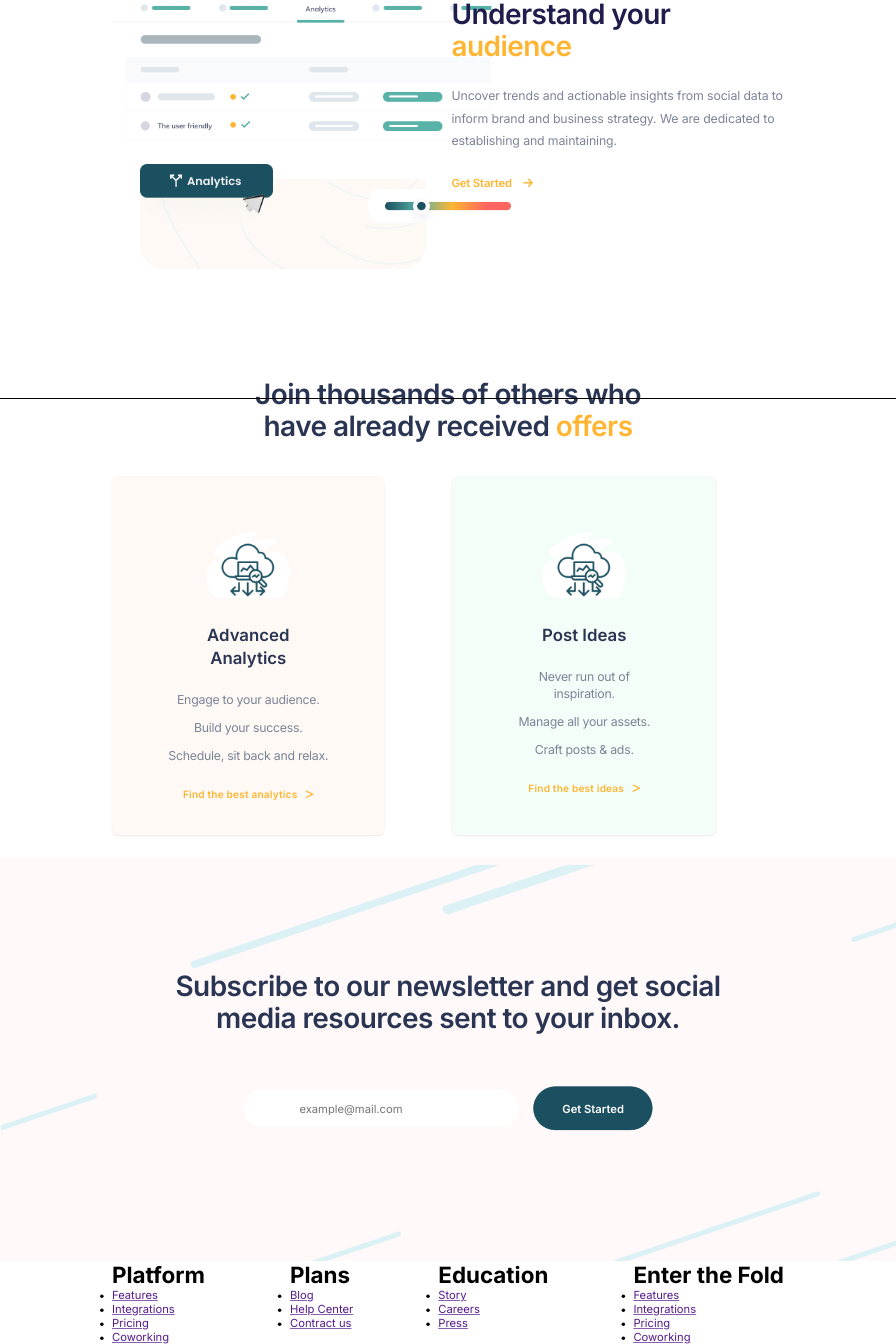
Repository: badhon252/Clickbay
Page: index.html
These files come from the project's save history. The page is drawn as it stood at one moment and after the next save; the edit follows.
The browser window is 1280 px wide. The pictures show the part of the page from y = 2336 to 4256 px (the page is 4256 px tall), at 70% of full size.
The style sheet was rebuilt from its Sass, Less or Tailwind sources for each picture, by a compiler version that may differ from the author's.

Above is the page before, as saved 2022-09-05 19:24:32.

### index.html
<!DOCTYPE html>
<html lang="en">

<head>
    <meta charset="UTF-8">
    <meta http-equiv="X-UA-Compatible" content="IE=edge">
    <meta name="viewport" content="width=device-width, initial-scale=1.0">
    <!-- fontawesome cdn  -->
    <link rel="stylesheet" href="https://cdnjs.cloudflare.com/ajax/libs/font-awesome/6.2.0/css/all.min.css">
    <link rel="stylesheet" href="./scss/style.css">
    <title>Clickbay</title>
</head>

<body>
    <header class="">
        <img src="./images/Group 676.svg" alt="" class="header-img">
        <div class="container">


            <nav class="navbar">
                <div class="navbar_brand">
                    <img src="./images/logo.svg" alt="Image not found!">
                </div>

                <ul class="nav">
                    <li class="nav-items"><a href="" class="nav-links">Solutions</a></li>
                    <li class="nav-items"><a href="" class="nav-links">Company</a></li>
                    <li class="nav-items"><a href="" class="nav-links">Platform</a></li>
                </ul>

                <div class="nav-btns">
                    <button class="btn nav-log">Log in</button>
                    <button class="btn nav-start">Get Started</button>
                </div>
            </nav>

            <div class="header-content">
                <h1 class="h1 my-4 text-center">
                    Perfect media with <br> perfect Partner , we!!
                </h1>
                <img src="./images/Vector 735.png" alt="" class="signature text-center">
                <p class="text-center">Collaborate with your clients and teams to plan, post, and measure.</p>

                <div class="company-stat">
                    <div class="row">
                        <div class="col-md-4">
                            <img src="./images/Group 689.png" class="" alt="">
                        </div>
                        <div class="col-md-4 subscriber">
                            <span class="">+99</span>
                            <div>
                                <h2>People subscribed today</h2>
                                <img src="./images/Group 678.png" alt="">
                            </div>
                        </div>
                        <div class="col-md-4 follow">
                            <div class="follower">

                                <img src="./images/Group 1037.svg" alt="">
                                <div>
                                    <h3>2.938</h3>
                                    <p>Followers gained after this post</p>
                                </div>
                            </div>
                            <div class="following">
                                <img src="./images/Group 1041.svg" alt="">
                            </div>
                        </div>
                    </div>
                </div>

                <img src="./images/Group 933.png" alt="" class="group-933">

            </div>
        </div>
    </header>

    <section class="second_section container">
        <h2 class="h2 my-3">
            Streamline your social media <br> management <span> workflow.</span>
        </h2>
        <div class="row">

            <div class="card">
                <img src="./images/Show.svg" class="my-1" alt="">
                <h3 class="my-1">Post review</h3>
                <p class="my-1">Regular training webinars, live chat, <br> and a library of how-to articles are all<br>
                    there to help
                    you make
                    the most of<br> our platform.</p><button class="btn">
                    <a href="#">Learn More</a>
                </button>
            </div>

            <div class="card">
                <img src="./images/Category.svg" class="my-1" alt="">
                <h3 class="my-1">Smart Queues</h3>
                <p class="my-1">Regular training webinars, live chat, <br> and a library of how-to articles are all<br>
                    there to help
                    you make
                    the most of<br> our platform.</p><button class="btn">
                    <a href="#">Learn More</a>
                </button>
            </div>

            <div class="card">
                <img src="./images/Chart.svg" class="my-1" alt="">
                <h3 class="my-1">Smart Queues</h3>
                <p class="my-1">Regular training webinars, live chat, <br> and a library of how-to articles are all<br>
                    there to help
                    you make
                    the most of<br> our platform.</p><button class="btn">
                    <a href="#">Learn More</a>
                </button>
            </div>

        </div>

    </section>

    <section class="third_section container">
        <div class="row my-5">
            <div class="col-md-6"><img src="./images/Group 703.png" alt=""></div>
            <div class="col-md-6 third_section_texts">
                <h2 class="my-2">Understand your <br> <span> audience</span> </h2>
                <p>Uncover trends and actionable insights from social data to <br>inform brand and business strategy.
                    We are
                    dedicated to
                    <br>establishing and maintaining.
                </p>
                <div class="my-2">
                    <a href="#">Get Started<i class="fa-solid fa-arrow-right"></i></a>
                </div>
            </div>
        </div>
    </section>

    <section class="fourth_section container">
        <h1 class="my-3">Join thousands of others who <br> have already received <span> offers</span> </h1>
        <div class="row my-2">
            <div class="col-md-6 card analytics">
                <img src="./images/Group 951.png" alt="">
                <h2 class="my-2">
                    Advanced Analytics
                </h2>
                <p class="my-1">Engage to your audience.</p>
                <p class="my-1">Build your success.</p>
                <p class="my-1">Schedule, sit back and relax.</p>

                <div class="my-2">
                    <a href="#">Find the best analytics <i class="fa-solid fa-greater-than"></i></a>
                </div>
            </div>
            <div class="col-md-6 card ideas">
                <img src="./images/Group 951.png" alt="">
                <h2 class="my-2">
                    Post Ideas
                </h2>
                <p class="my-1">Never run out of inspiration.</p>
                <p class="my-1">Manage all your assets.</p>
                <p class="my-1">Craft posts & ads.</p>

                <div class="my-2">
                    <a href="#">Find the best ideas <i class="fa-solid fa-greater-than"></i></a>
                </div>
            </div>
        </div>
    </section>

    <section class="fifth_section ">
        <div class="card container">
            <h1 class="my-3">Subscribe to our newsletter and get social <br> media resources sent to your inbox.</h1>
            <form action="">
                <input type="email" id="mail" placeholder="example@mail.com"> <label for="mail">Get Started</label>
            </form>
        </div>
    </section>

    <footer class="container">
        <div class="row">
            <div class="col-md-3">
                <ul>
                    <h1>Platform</h1>
                    <li><a href="">Features</a></li>
                    <li><a href="">Integrations</a></li>
                    <li><a href="">Pricing</a></li>
                    <li><a href="">Coworking</a></li>
                </ul>
            </div>
            <div class="col-md-3">
                <ul>
                    <h1>Plans</h1>
                    <li><a href="">Blog</a></li>
                    <li><a href="">Help Center</a></li>
                    <li><a href="">Contract us</a></li>
                </ul>
            </div>
            <div class="col-md-3">
                <ul>
                    <h1>Education</h1>
                    <li><a href="">Story</a></li>
                    <li><a href="">Careers</a></li>
                    <li><a href="">Press</a></li>
                </ul>
            </div>
            <div class="col-md-3">
                <ul>
                    <h1>Enter the Fold</h1>
                    <li><a href="">Features</a></li>
                    <li><a href="">Integrations</a></li>
                    <li><a href="">Pricing</a></li>
                    <li><a href="">Coworking</a></li>
                </ul>
            </div>
        </div>
    </footer>
</body>

</html>

### scss/style.scss
@import url("https://fonts.googleapis.com/css2?family=Inter:wght@400;600;700;800;900&display=swap");
* {
  margin: 0;
  padding: 0;
  box-sizing: border-box;
  font-family: "Inter", sans-serif;
  // font-family: 'Poppins';
}
.container {
  margin: 0 10rem;
}
.btn {
  outline: none;
  border: none;
  padding: 15px 30px;
  font-size: 1rem;
  background-color: transparent;
  cursor: pointer;
}
.h1 {
  font-size: 4rem;
}
.text-center {
  text-align: center;
}
// margin
.my-1 {
  margin: 1rem 0;
}
.my-2 {
  margin: 2rem 0;
}
.my-3 {
  margin: 3rem 0;
}
.my-4 {
  margin: 4rem 0;
}
.my-5 {
  margin: 5rem 0;
}

span {
  color: #ffb531;
}
// grid system using flex
.row {
  display: flex;
  justify-content: space-between;
  max-width: 100%;
  .col-md-6 {
    max-width: 50%;
  }
}
//==============================
//===================
//==============================

header {
  .row {
    display: flex;
    justify-content: space-evenly;
    align-items: center;
  }
  background-color: #fdf9f4;
  min-height: 100vh;
  position: relative;
  overflow: hidden;

  .header-img {
    position: absolute;
    bottom: 0;
    right: 0;
    z-index: 1;
    width: 100%;
  }
  .navbar {
    color: #282b4d;
    padding: 2rem 0;
    display: flex;
    justify-content: space-between;
    align-items: center;
    font-weight: 500;
    .nav {
      display: flex;
      .nav-items {
        margin-left: 3rem;
        list-style-type: none;
        .nav-links {
          text-decoration: none;
          color: black;
          font-size: 1.1rem;
          font-weight: 500;
        }
      }
    }

    .nav-start {
      border: 1px solid #1a5365;
      box-shadow: 0px 25px 35px -20px rgba(232, 236, 243, 0.5);
      border-radius: 10px;
      color: #154f61;
      font-weight: 600;
      margin-left: 10px;
    }
  }

  .header-content {
    .h1 {
      font-weight: 800;
      margin-bottom: -0.6rem;
      color: #12163c;
    }
    .signature {
      display: block;
      margin: 0 auto;
      transform: translateX(217px);
    }
    p {
      font-size: 1.2rem;
      font-weight: 500;
      line-height: 27px;
      color: #12163c94;
    }

    .company-stat {
      transform: translateY(-120px);
      .subscriber {
        display: flex;
        align-items: center;
        background-color: #fff;
        padding: 1.5rem;
        border-radius: 22px;
        span {
          font-weight: 600;
          font-size: 40px;
          line-height: 60px;
          background-color: #fef9f4;
          color: #ffb531;
          padding: 10px;
          border-radius: 15px;
          margin-right: 1.5rem;
        }
        h2 {
          font-size: 1.1rem;
          font-weight: 600;
          padding-bottom: 1rem;
        }
      }

      .follow {
        position: relative;
        z-index: 11;

        .follower {
          display: flex;
          align-items: center;
          background-color: #fff;
          padding: 1.5rem;
          border-radius: 22px;
          img {
            padding-right: 1rem;
          }
          h3 {
            font-size: 1.1rem;
          }
          p {
            font-size: 14px;
          }
        }
        .following {
          position: absolute;
          top: 42px;
          right: -70px;
        }
      }
    }

    .group-933 {
      position: relative;
      margin: 0 auto;
      top: -240px;
      display: block;
      z-index: 9999;
    }
  }
}

.second_section {
  padding: 4rem 0;
  .row {
    display: flex;
    justify-content: space-between;
    align-items: center;
  }
  h2 {
    font-size: 2.5rem;
    font-weight: 600;
    span {
      color: #ffb531;
    }
  }

  .card {
    padding: 1rem 2.5rem;
    border-radius: 10px;

    box-shadow: rgba(0, 0, 0, 0.04) 0px 3px 5px;
    &:hover {
      box-shadow: rgba(17, 17, 26, 0.05) 0px 4px 16px,
        rgba(17, 17, 26, 0.05) 0px 8px 32px;
    }
    img {
      background-color: #336675;
      padding: 1rem;
      border-radius: 50%;
    }

    h3 {
      font-size: 1.4rem;
      font-weight: 600;
      line-height: 29px;
    }

    p {
      line-height: 32px;
      letter-spacing: -0.01em;
      color: #7b8498;
      margin-bottom: 3rem;
    }

    .btn {
      border: 1px solid #1a5365;
      border-radius: 10px;
      padding: 15px 35px;
      margin: 1rem 0;
      // display: none;

      &:hover {
        background-color: #000;
      }
      &:hover a {
        background-color: #000;
        color: #fff;
      }
      a {
        text-decoration: none;
        color: #154f61;
        line-height: 30px;
        font-size: 1.1rem;
        &:hover {
          background-color: #000;
          color: #fff;
        }
      }
    }
    // &:hover .btn {
    //   display: block;
    // }
  }
}

.third_section {
  overflow: hidden;

  .row {
    justify-content: space-around;
  }
  h2 {
    color: #1e1d4c;
    font-weight: 600;
    font-size: 2.5rem;
    line-height: 46px;

    /* or 128% */
    letter-spacing: -0.02em;
  }
  p {
    font-size: 1.1rem;
    line-height: 32px;
    letter-spacing: -0.01em;
    color: #7b8498;
  }

  a {
    font-weight: 600;
    font-size: 16px;
    line-height: 24px;
    letter-spacing: -0.01em;
    color: #ffb531;
    text-decoration: none;
    &:hover {
      color: #ffa200;
      text-decoration: underline;
    }
    i {
      margin: 0 1rem;
    }
  }

  .third_section_texts {
    align-self: center;
  }
}

.fourth_section {
  text-align: center;
  h1 {
    font-weight: 600;
    font-size: 2.5rem;
    line-height: 46px;
    text-align: center;
    letter-spacing: -0.02em;
    color: #2a3554;
  }
  .row {
    justify-content: center;
    .card {
      margin-right: 6rem;
      padding: 5rem 5rem 1rem 5rem;
      box-shadow: rgba(0, 0, 0, 0.1) 0px 1px 2px 0px;
      h2 {
        font-weight: 600;
        font-size: 1.5rem;
        line-height: 33px;
        color: #2a3554;
      }
      p {
        font-size: 1.1rem;
        line-height: 24px;
        letter-spacing: -0.02em;
        color: #7b8498;
      }
      a {
        text-decoration: none;
        font-weight: 600;
        font-size: 0.9rem;
        line-height: 21px;
        letter-spacing: 0.02em;
        color: #ffb531;
        &:hover {
          text-decoration: underline;
        }
        i {
          padding-left: 0.5rem;
          font-weight: 700;
        }
      }
    }
    .analytics {
      background: #fef9f4;
      border-radius: 10px;
    }
    .ideas {
      background: #f4fef9;
      border-radius: 10px;
    }
  }
}

.fifth_section {
  background: #fff9f9;
  background-image: url("../images/pattern.png");
  padding: 5rem 0;
  .card {
    padding: 2rem 0;
    text-align: center;
    h1 {
      font-weight: 600;
      font-size: 2.5rem;
      line-height: 46px;
      text-align: center;
      letter-spacing: -0.02em;
      color: #2a3554;
    }
    form {
      margin: 5rem 0;
    }
    input {
      padding: 1rem 5rem;
      background-color: rgb(255, 255, 255);
      font-size: 1rem;
      outline: none;
      border: none;
      border-radius: 35px;
      margin-right: 1rem;
      &:focus {
        outline: 1px solid blue;
      }
    }
    label {
      font-size: 1rem;
      padding: 20px 40px;
      background: #1b5060;
      border-radius: 35px;
      color: #fff;
      font-weight: 600;
      border: 1px solid #1b5060;
      cursor: pointer;
      &:hover {
        border: 1px solid black;
        background-color: #fff;
        color: #000;
      }
    }
  }
}

After the next save:
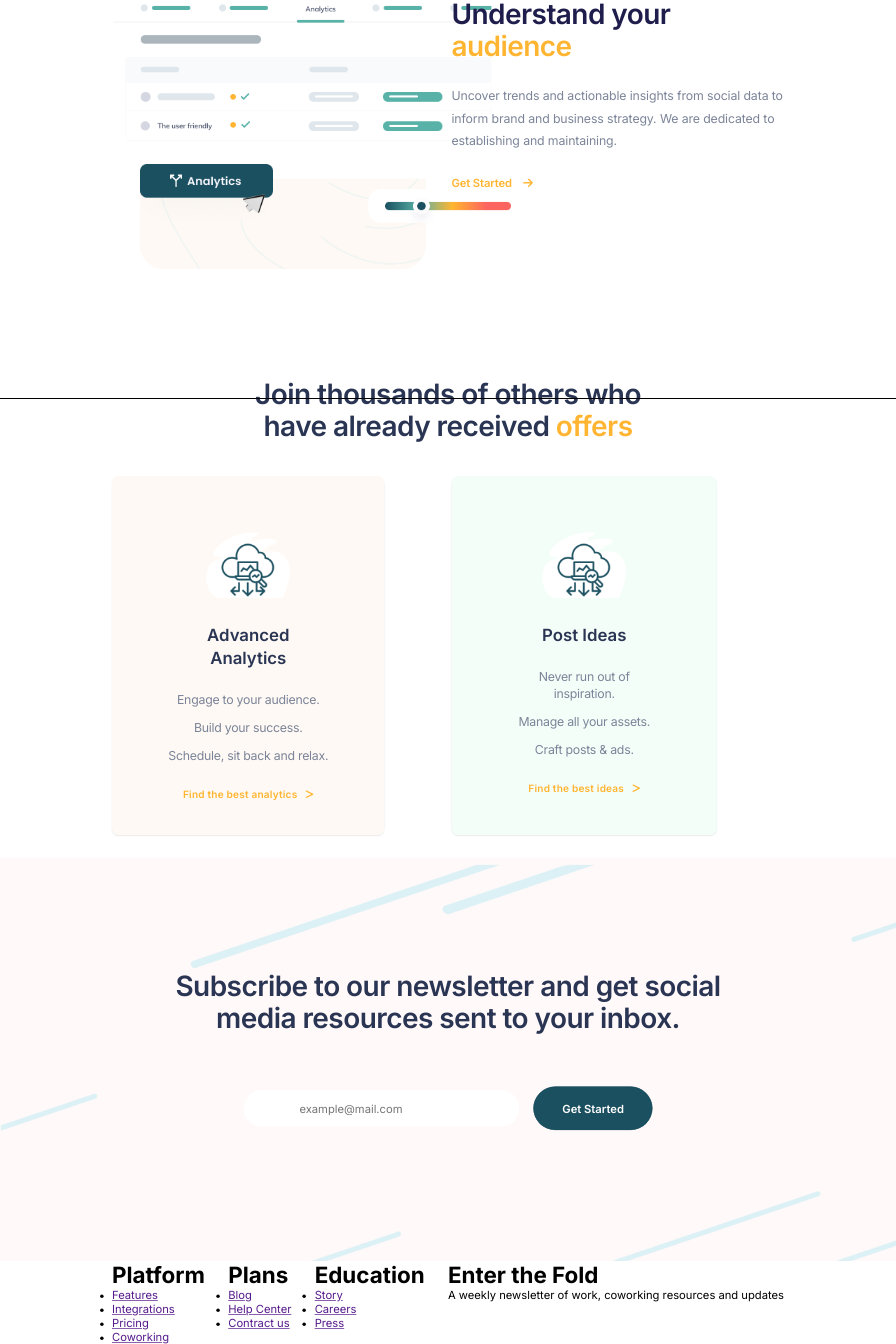
Saved 16 s later.
--- a/index.html
+++ b/index.html
@@ -204,13 +204,9 @@
                 </ul>
             </div>
             <div class="col-md-3">
-                <ul>
-                    <h1>Enter the Fold</h1>
-                    <li><a href="">Features</a></li>
-                    <li><a href="">Integrations</a></li>
-                    <li><a href="">Pricing</a></li>
-                    <li><a href="">Coworking</a></li>
-                </ul>
+
+                <h1>Enter the Fold</h1>
+                <p>A weekly newsletter of work, coworking resources and updates</p>
             </div>
         </div>
     </footer>
